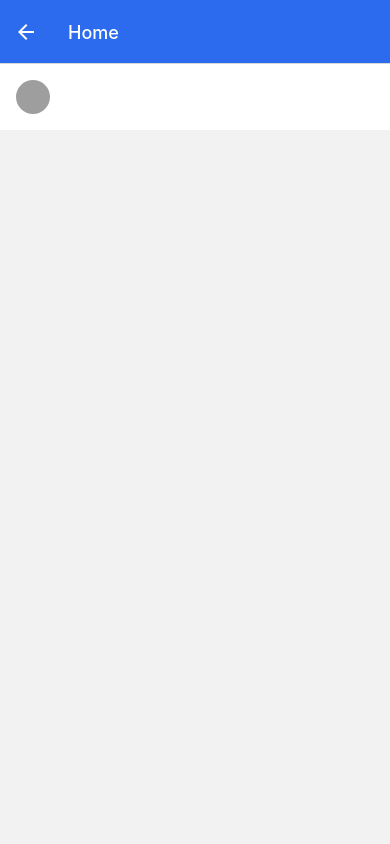
Repository: TheBoringBOT/signal-clone-reactnative-learn
Screen: /Home
An editor plug-in stored every save of this project. The screen is shown before and after the next save, followed by the edit.
Pictures or frames that could not be fetched are drawn as grey boxes. The app was drawn by React Native's web renderer in a window 390 px wide. The project was rebuilt for these pictures with package versions that can differ from the ones it lists, and the page was loaded fresh each time. Also part of the build but not shown: screens/RegisterScreen.js.

Above is the screen before, as saved 2022-01-23 21:51:29.

### App.js
import { StatusBar } from "expo-status-bar";
import { StyleSheet, Text, View } from "react-native";
import { NavigationContainer } from "@react-navigation/native";
import { createNativeStackNavigator } from "@react-navigation/native-stack";

//Screen Imports
import LoginScreen from "./screens/LoginScreen";
import RegisterScreen from "./screens/RegisterScreen";
import HomeScreen from "./screens/HomeScreen";

const Stack = createNativeStackNavigator();

const globalScreenOptions = {
  headerStyle: { backgroundColor: "#2c6bed" },
  headTitleStyle: { color: "white" },
  headerTintColor: "white",
};

export default function App() {
  return (
    <NavigationContainer>
      <Stack.Navigator screenOptions={globalScreenOptions}>
        <Stack.Screen name="Login" component={LoginScreen} />
        <Stack.Screen name="Register" component={RegisterScreen} />
        <Stack.Screen name="Home" component={HomeScreen} />
      </Stack.Navigator>
    </NavigationContainer>
  );
}

const styles = StyleSheet.create({
  container: {
    flex: 1,
    backgroundColor: "#fff",
    alignItems: "center",
    justifyContent: "center",
  },
});

### screens/LoginScreen.js
import { StyleSheet, Text, View, KeyboardAvoidingView } from "react-native";
import React, { useState, useEffect } from "react";
import { Button, Input, Image } from "react-native-elements";
import { StatusBar } from "expo-status-bar";
import { auth } from "../firebase";
import { getAuth, onAuthStateChanged } from "firebase/auth";

const LoginScreen = ({ navigation }) => {
  const [email, setEmail] = useState("");
  const [password, setPassword] = useState("");

  // Redirect if user logged in
  useEffect(() => {
    onAuthStateChanged(auth, (user) => {
      if (user) {
        navigation.replace("Home");
      }
    });
  });

  const signIn = () => {};

  return (
    <KeyboardAvoidingView behavior="padding" style={styles.container}>
      <StatusBar style="light" />
      <Image
        source={{
          uri: "https://blog.mozilla.org/internetcitizen/files/2018/08/signal-logo.png",
        }}
        style={{ width: 200, height: 200 }}
      />

      <View style={styles.inputContainer}>
        <Input
          placeholder="Email"
          autoFocus
          type="email"
          value={email}
          onChangeText={(text) => setEmail(text)}
        />
        <Input
          placeholder="Password"
          type="password"
          secureTextEntry
          value={password}
          onChangeText={(text) => setPassword(text)}
        />
        <Button containerStyle={styles.button} onPress={signIn} title="Login" />
        <Button
          onPress={() => navigation.navigate("Register")}
          containerStyle={styles.button}
          type="outline"
          title="Register"
        />
        <View style={{ height: 100 }} />
      </View>
    </KeyboardAvoidingView>
  );
};

export default LoginScreen;

const styles = StyleSheet.create({
  container: {
    flex: 1,
    alignItems: "center",
    justifyContent: "center",
    padding: 10,
    backgroundColor: "white",
  },
  inputContainer: { width: 300 },
  button: { width: 200, marginTop: 10, margin: "auto" },
});

### screens/HomeScreen.js
import { StyleSheet, Text, View, SafeAreaView, ScrollView } from "react-native";
import React, { useEffect } from "react";
import { auth } from "../firebase";
import CustomListItem from "../components/CustomListItem";

const HomeScreen = () => {
  const user = auth.currentUser;

  useEffect(() => {
    if (user) {
      console.table(user);
      //navigation.replace("Home");
    }
  });
  return (
    <SafeAreaView>
      <ScrollView>
        <CustomListItem />
      </ScrollView>
    </SafeAreaView>
  );
};

export default HomeScreen;

const styles = StyleSheet.create({});

### firebase.js
import { firebase, initializeApp, getApps, getApp } from "firebase/app";
import { getDatabase, ref, onValue } from "firebase/database";
import { getAuth } from "firebase/auth";

import { getFirestore } from "firebase/firestore";

const firebaseConfig = {
  apiKey: "AIzaSyCtao7GPEtYlsNabwjYskk8n6DEIbNo6VQ",
  authDomain: "signal-clone-4f5d4.firebaseapp.com",
  projectId: "signal-clone-4f5d4",
  storageBucket: "signal-clone-4f5d4.appspot.com",
  messagingSenderId: "958936105112",
  appId: "1:958936105112:web:aa41ae6e9c1b34ae23d0ed",
  measurementId: "G-1WPXHBPTRQ",
};

let app;
if (getApps.length === 0) {
  app = initializeApp(firebaseConfig);
} else {
  app = getApp();
}

const db = getFirestore();
const auth = getAuth(app);

export { db, auth };

### components/CustomListItem.js
import { StyleSheet, Text, View } from "react-native";
import { ListItem, Avatar } from "react-native-elements";
import React from "react";

const CustomListItem = () => {
  return (
    <ListItem>
      <Avatar
        rounded
        source={{
          uri: "https://i.pravatar.cc/50",
        }}
      />
      <ListItem.Content>
        <ListItem.Title style={{ fontWeight: "800" }}></ListItem.Title>
      </ListItem.Content>
    </ListItem>
  );
};

export default CustomListItem;

const styles = StyleSheet.create({});

After the next save:
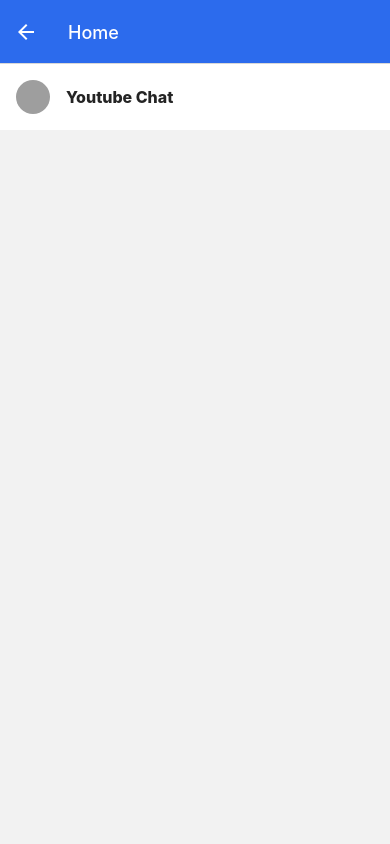
Saved 13 s later.
--- a/components/CustomListItem.js
+++ b/components/CustomListItem.js
@@ -12,7 +12,9 @@ const CustomListItem = () => {
         }}
       />
       <ListItem.Content>
-        <ListItem.Title style={{ fontWeight: "800" }}></ListItem.Title>
+        <ListItem.Title style={{ fontWeight: "800" }}>
+          Youtube Chat
+        </ListItem.Title>
       </ListItem.Content>
     </ListItem>
   );
